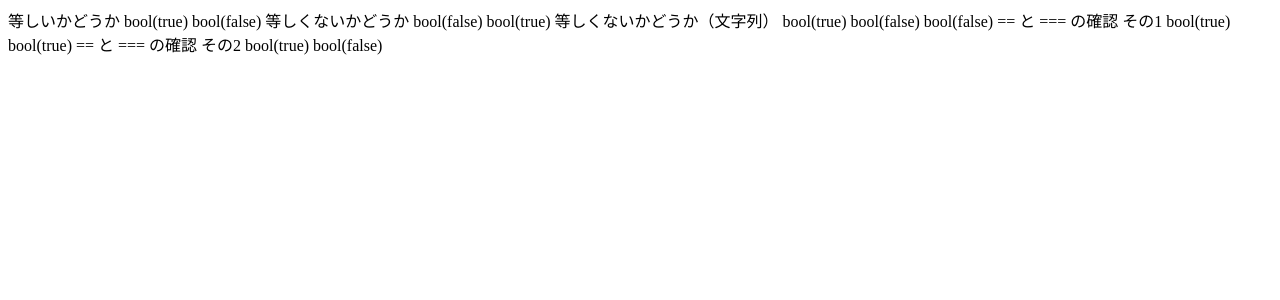
Repository: eri-seisaku/php
Page: http://localhost/operator.php
The author's editor kept a record of every edit. The page is drawn from the files as they stood at one moment, then again after the next edit.
The browser window is 1280 px wide. The pictures show the whole page.
The page is run by PHP 8.4 with error messages shown; the project is at /var/www/html/.

Above is the page before.

### operator.php
<?php

$i = 1;

echo "等しいかどうか\n";
var_dump($i === 1);
var_dump($i === 2);

//
echo "\n";
echo "等しくないかどうか\n";
var_dump($i !== 1);
var_dump($i !== 2);

//
echo "\n";
echo "等しくないかどうか（文字列）\n";
$s = 'abc';
var_dump($s === 'abc');
var_dump($s === 'ABC');
var_dump($s === 'a');

// == と === の確認 その1
echo "\n";
echo "== と === の確認 その1\n";
var_dump($i == 1);
var_dump($i === 1);

// == と === の確認 その2
echo "\n";
echo "== と === の確認 その2\n";
var_dump($i == '1');
var_dump($i === '1');


?>

After the next edit:
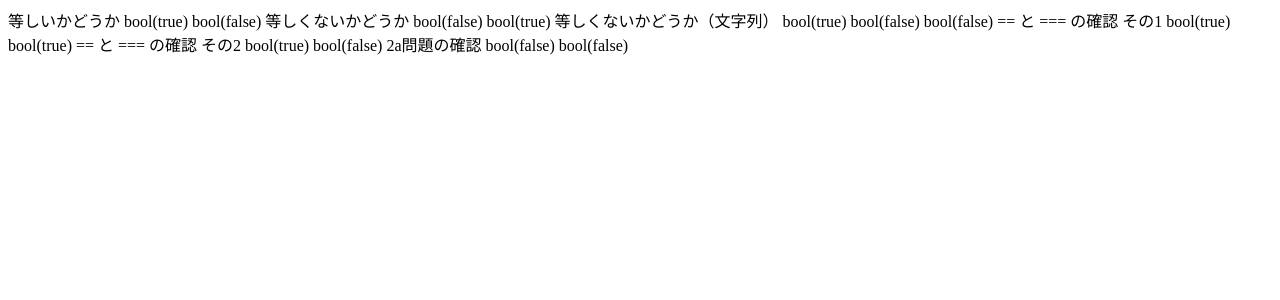
The edit:
--- a/operator.php
+++ b/operator.php
@@ -32,5 +32,11 @@
 var_dump($i == '1');
 var_dump($i === '1');
 
+// 2a問題の確認
+echo "\n";
+echo "2a問題の確認\n";
+$i = 2;
+var_dump($i == '2a');
+var_dump($i === '2a');
 
 ?>
